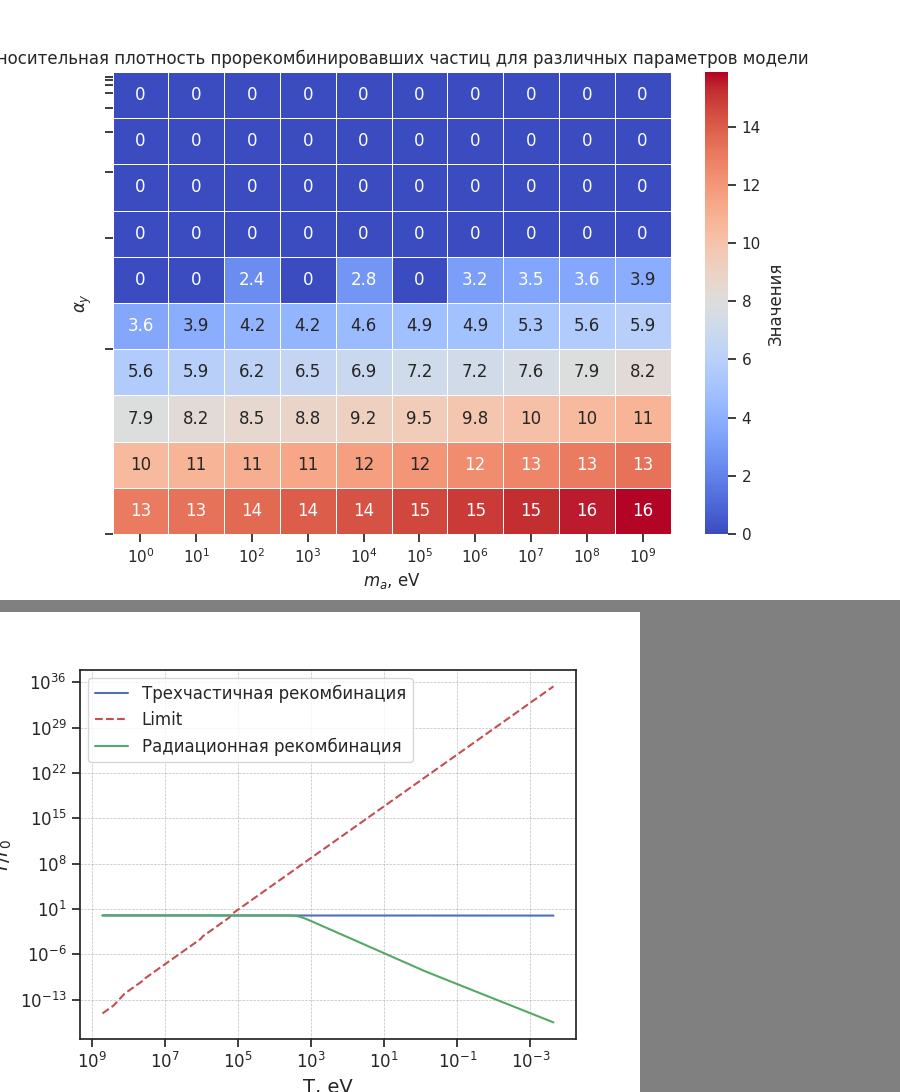
Repository: impermast/recombination
Script's output: python raschet/rec.py
These files come from the project's save history. The script's output is drawn as it stood at one moment and after the next save; the edit follows.
Each picture stacks the figures in order, with grey between them; figures that are only written to a file come last. Random numbers start from a fixed seed.

Above is the script's output before, as saved 2023-05-13 21:36:03.

After the next save:
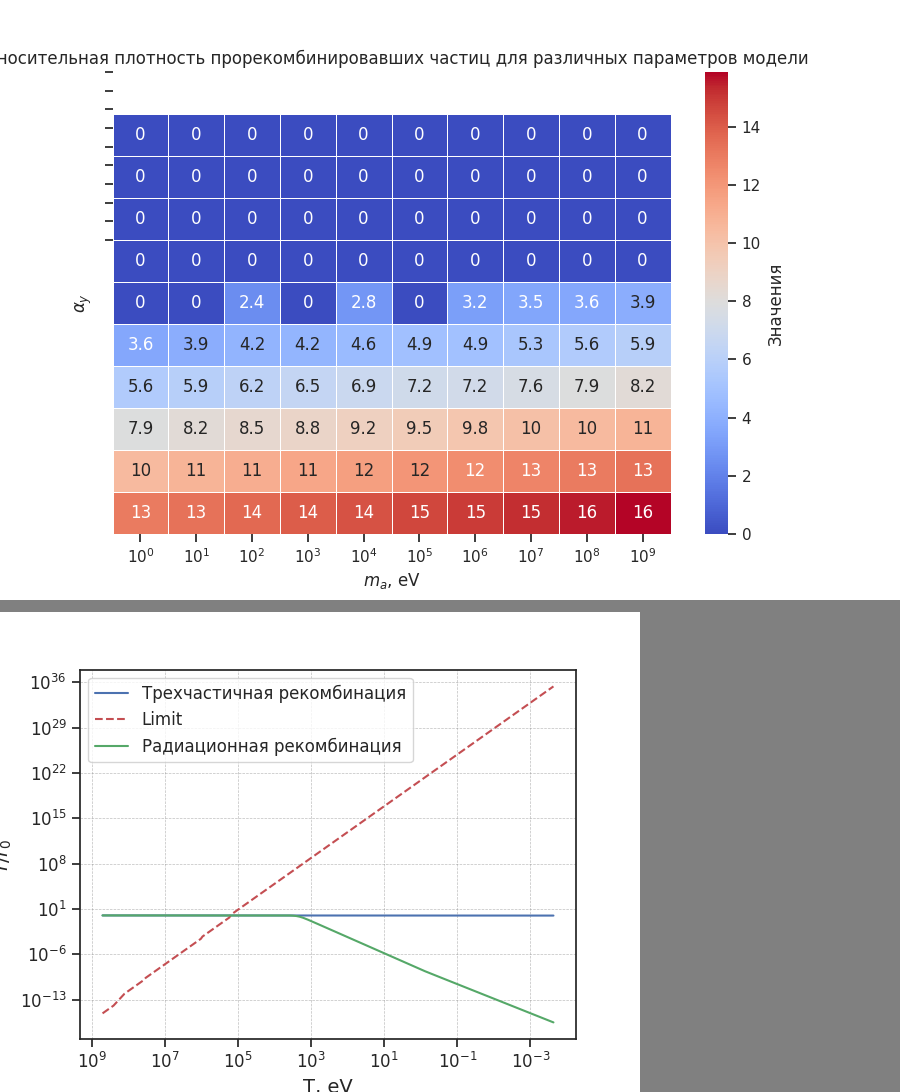
Saved 24 s later.
--- a/raschet/rec.py
+++ b/raschet/rec.py
@@ -85,7 +85,7 @@
     ax.set(xlabel=r'$m_a$, eV', ylabel=r'$\alpha_y$', title='Относительная плотность прорекомбинировавших частиц для различных параметров модели')
     ax.xaxis.set_major_formatter(ticker.FuncFormatter(lambda x, pos: f'$10^{{{(x-0.5):.0f}}}$'))
     plt.xticks(rotation=0)
-    plt.yticks(np.logspace(-1,1,10))
+    plt.yticks(np.linspace(-1,3,10))
     # Add contour lines
     # x = np.arange(df.shape[1])
     # y = np.arange(df.shape[0])

After the save that followed:
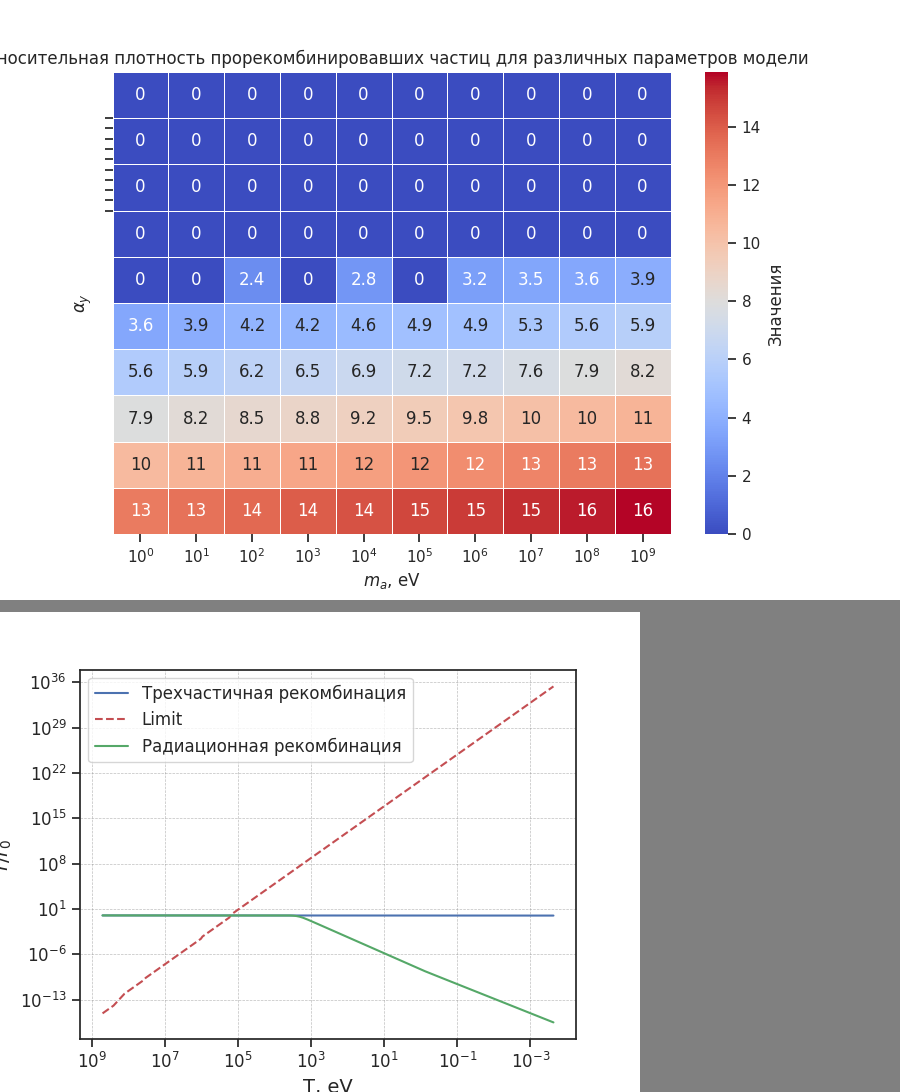
Saved 18 s later.
--- a/raschet/rec.py
+++ b/raschet/rec.py
@@ -85,7 +85,7 @@
     ax.set(xlabel=r'$m_a$, eV', ylabel=r'$\alpha_y$', title='Относительная плотность прорекомбинировавших частиц для различных параметров модели')
     ax.xaxis.set_major_formatter(ticker.FuncFormatter(lambda x, pos: f'$10^{{{(x-0.5):.0f}}}$'))
     plt.xticks(rotation=0)
-    plt.yticks(np.linspace(-1,3,10))
+    plt.yticks(np.linspace(1,3,10))
     # Add contour lines
     # x = np.arange(df.shape[1])
     # y = np.arange(df.shape[0])
